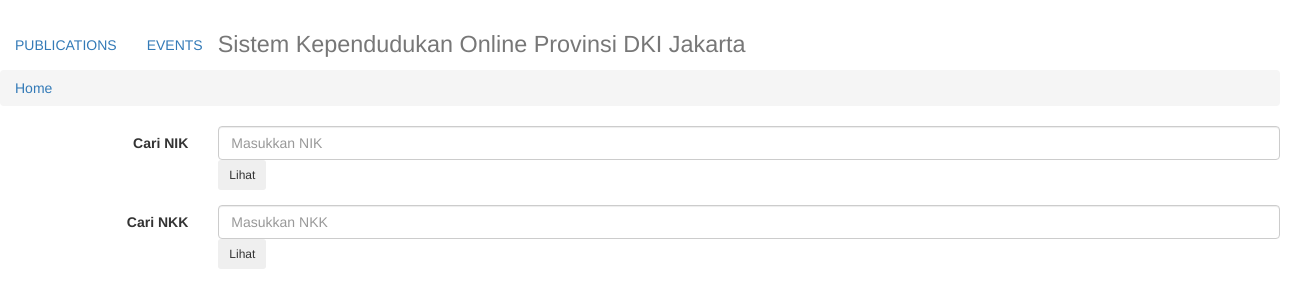
Repository: apap-2017/tugas1_1406544135
Page: http://localhost/index
An editor plug-in stored every save of this project. The page is shown before and after the next save, followed by the edit.
The browser window is 1280 px wide. The page is 1295 px wide, so the pictures cover 1295 px, including what lies to the right of the window. The pictures show the whole page.
The page is this project's Thymeleaf template; nobody is signed in. The template is opened directly, without the code that normally fills it, so the values that code supplies are empty.

Above is the page before, as saved 2017-10-20 11:50:21.

After the next save:
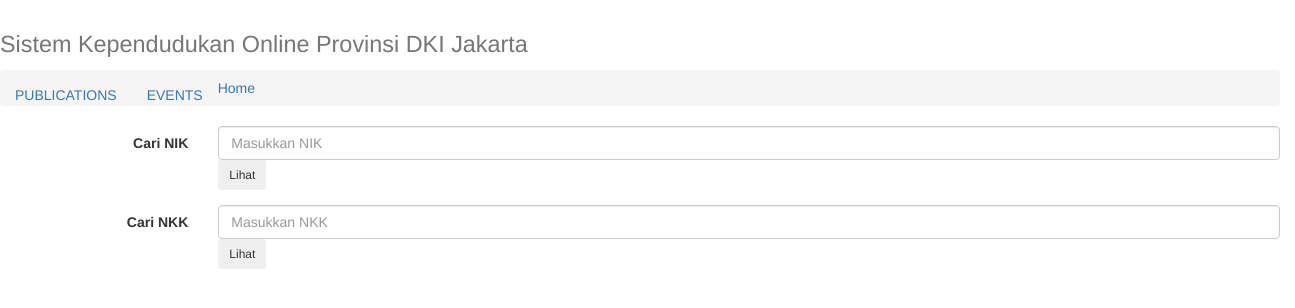
Saved 14 s later.
--- a/Tugas1_1406544135/src/main/resources/templates/index.html
+++ b/Tugas1_1406544135/src/main/resources/templates/index.html
@@ -9,7 +9,12 @@
 
 <body>
 	<section class="content-header">
-		<header class="main-header">
+
+		<h1>
+			<small>Sistem Kependudukan Online Provinsi DKI Jakarta</small>
+		</h1>
+
+<header class="main-header">
 				<div class="navbar-custom-menu">
 					<ul class="nav navbar-nav">
 						<li><a th:href="@{/b8/home/publication}">PUBLICATIONS</a></li>
@@ -17,12 +22,6 @@
 					</ul>
 				</div>
 		</header>
-
-
-		<h1>
-			<small>Sistem Kependudukan Online Provinsi DKI Jakarta</small>
-		</h1>
-
 		<ol class="breadcrumb">
 			<li><a th:href="@{/}">Home</a></li>
 		</ol>
